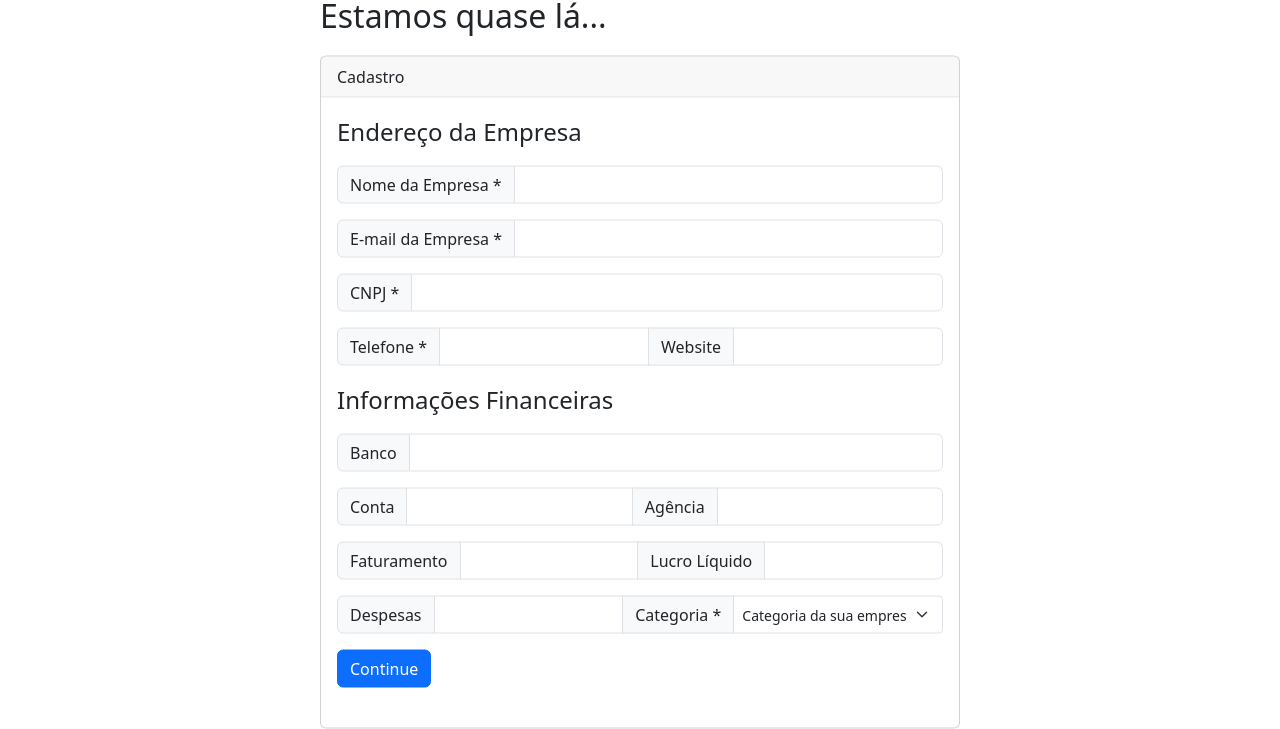
Repository: vandrecx/utilitaries
Page: http://localhost/login_archive/endereco.php
An editor plug-in stored every save of this project. The page is shown before and after the next save, followed by the edit.
The browser window is 1280 px wide. The pictures show the whole page.
The page is run by PHP 8.4 with error messages shown; the project is at /var/www/html/.

Above is the page before, as saved 2024-05-04 14:15:46.

### login_archive/endereco.php
<?php

require_once 'Conn.php';
include 'funcoes.php';

?>

<!DOCTYPE html>
<html lang="en">
<head>
    <meta charset="UTF-8">
    <meta name="viewport" content="width=device-width, initial-scale=1.0">
    <link href="https://cdn.jsdelivr.net/npm/bootstrap@5.3.3/dist/css/bootstrap.min.css" rel="stylesheet" integrity="sha384-QWTKZyjpPEjISv5WaRU9OFeRpok6YctnYmDr5pNlyT2bRjXh0JMhjY6hW+ALEwIH" crossorigin="anonymous">
    <title>Página de Cadastro</title>
</head>
<body>
    <div style="width: 50%; justify-content: center; position: absolute; top: 50%; left: 50%; transform: translate(-50%, -50%);">
        <p class="fs-2">Estamos quase lá...</p>
        <div class="card">
            <div class="card-header">
                Cadastro
            </div>
            <div class="card-body">
                <p class="fs-4">Endereço da Empresa</p>
                <form method="POST" action="EnderecoSignUp.php">
                    <div class="input-group mb-3">
                        <span class="input-group-text" id="inputGroup-sizing-default">Nome da Empresa *</span>
                        <input type="text" name="nome-empresa" class="form-control" aria-label="Sizing example input" aria-describedby="inputGroup-sizing-default" required>
                    </div>
                    <div class="input-group mb-3">
                        <span class="input-group-text" id="inputGroup-sizing-default">E-mail da Empresa *</span>
                        <input type="text" name="email-empresa" class="form-control" aria-label="Sizing example input" aria-describedby="inputGroup-sizing-default" required>
                    </div>
                    <div class="input-group mb-3">
                        <span class="input-group-text" id="inputGroup-sizing-default">CNPJ *</span>
                        <input type="text" name="cnpj" class="form-control" aria-label="Sizing example input" aria-describedby="inputGroup-sizing-default" required>
                    </div>
                    <div class="input-group mb-3">
                        <span class="input-group-text" id="inputGroup-sizing-default">Telefone *</span>
                        <input type="text" name="telefone-empresa" class="form-control" aria-label="Sizing example input" aria-describedby="inputGroup-sizing-default" required>
                        <span class="input-group-text" id="inputGroup-sizing-default">Website</span>
                        <input type="text" name="website-empresa" class="form-control" aria-label="Sizing example input" aria-describedby="inputGroup-sizing-default">
                    </div>
                    <p class="fs-4">Informações Financeiras</p>
                    <div class="input-group mb-3">
                        <span class="input-group-text" id="inputGroup-sizing-default">Banco</span>
                        <input type="text" name="banco-empresa" class="form-control" aria-label="Sizing example input" aria-describedby="inputGroup-sizing-default">
                    </div>
                    <div class="input-group mb-3">
                        <span class="input-group-text" id="inputGroup-sizing-default">Conta</span>
                        <input type="text" name="conta-empresa" class="form-control" aria-label="Sizing example input" aria-describedby="inputGroup-sizing-default">
                        <span class="input-group-text" id="inputGroup-sizing-default">Agência</span>
                        <input type="text" name="agencia-empresa" class="form-control" aria-label="Sizing example input" aria-describedby="inputGroup-sizing-default">
                    </div>
                    <div class="input-group mb-3">
                        <span class="input-group-text" id="inputGroup-sizing-default">Faturamento</span>
                        <input type="text" name="faturamento-empresa" class="form-control" aria-label="Sizing example input" aria-describedby="inputGroup-sizing-default">
                        <span class="input-group-text" id="inputGroup-sizing-default">Lucro Líquido</span>
                        <input type="text" name="lucro-empresa" class="form-control" aria-label="Sizing example input" aria-describedby="inputGroup-sizing-default">
                    </div>
                    <div class="input-group mb-3">
                        <span class="input-group-text" id="inputGroup-sizing-default">Despesas</span>
                        <input type="text" name="despesas-empresa" class="form-control" aria-label="Sizing example input" aria-describedby="inputGroup-sizing-default">
                        <span class="input-group-text" id="inputGroup-sizing-default">Categoria *</span>
                        <select class="form-select form-select-sm" name="select-empresa" aria-label="Large select example" required>
                            <option selected>Categoria da sua empresa</option>
                            <option value="ps">Prestação de Serviços</option>
                            <option value="industria">Indústria</option>
                            <option value="vendas">Vendas</option>
                        </select>
                    </div>
                    <button type="submit" class="btn btn-primary" name="submit">Continue</button>
                </form>
                <br>

                <?php if(isset($_GET['validation']) && $_GET['validation'] == '0'){ ?>
                    <br>
                    <div class="alert alert-danger" role="alert">
                        Número de telefone com quantidade de caracteres inválido.
                    </div>
                <?php } ?>

            </div>
        </div>
    </div>

</body>
</html>

### login_archive/Conn.php
<?php

//PDO (PHP DATA OBJECTS)

$pdo = new PDO("mysql:host=localhost; dbname=sistema; charset=UTF8", "root", ""); // REALIZA CONEXÃO COM PDO
$pdo->setAttribute(PDO::ATTR_ERRMODE, PDO::ERRMODE_EXCEPTION); // EXCEPTIONS

?>

### login_archive/funcoes.php
<?php

require_once 'Conn.php';

// FUNÇÃO RESPONSÁVEL POR SANITIZAR OS DADOS PASSADOS POR POST
function sanitizeData($input_name, $type){
    switch ($type){

        case 'text':
            return filter_input(INPUT_POST, $input_name, FILTER_SANITIZE_SPECIAL_CHARS);
            break;

        case 'email':
            $email = filter_input(INPUT_POST, $input_name, FILTER_SANITIZE_EMAIL);
            //VALIDAR EMAIL AQUI NO MEIO
            return $email;
            break;

        case 'url':
            return filter_input(INPUT_POST, $input_name, FILTER_SANITIZE_URL);
            break;

        case 'int':
            return filter_input(INPUT_POST, $input_name, FILTER_SANITIZE_NUMBER_INT);
            break;

        case 'float':
            return filter_input(INPUT_POST, $input_name, FILTER_SANITIZE_NUMBER_FLOAT);
            break;

        default:
            return $input_name;
    }
}

// GERA SENHA ALEATÓRIA DE 6 CARACTERES
function generatePassword(){
    $chars = 'abcdefghijklmnopqrstuvwxyzABCDEFGHIJKLMNOPQRSTUVWXYZ0123456789!@#$%^&*()-_=+';
    return substr(str_shuffle($chars), 0, 5) . substr(str_shuffle('ABCDEFGHIJKLMNOPQRSTUVWXYZ!@#$%^&*()-_=+'), 0, 1);
}

// ATUALIZA SENHA (usada em ForgotPassword.php)
function updatePass($newpass, $email, $pdo){

    try{

        $update = $pdo->prepare("UPDATE entidade SET s_password_entidade = :new_pass WHERE s_enterpriseemail_entidade = :s_enterpriseemail_entidade");
        $update->bindParam(':new_pass', $newpass);
        $update->bindParam(':s_enterpriseemail_entidade', $email);
        $update->execute();

    } catch(PDOException $err) {

        echo 'Erro na atualização: ' . $err;

    }

}

//ESCONDE EMAIL DE RECUPERAÇÃO PASSADO POR SESSION
function hideEmail(){

    session_start();

    $email = $_SESSION['pass_repair'];
    $encript_email = substr($email, 0, 5);
    $result_email = $encript_email . str_repeat("*", strlen($email) - 5);

    session_destroy();

    return $result_email;
}

//FORMATA NÚMERO E RETORNA FORMATADO
function formataNumero($numero){

    $padrao = '/^\(\d{2}\) \d{5}-\d{4}$/';
    sanitizeData($numero, 'text');

    if(preg_match($padrao, $numero)){

        return $numero;

    }else{
        $numero = preg_replace('/\D/', '', $numero);
        if(strlen($numero)!=11){
            header("Location: cadastro.php?validation=0"); // ERRO DE NUMERO INVALIDO
            exit();
        }else{
            $numero_formatado = '(' . substr($numero, 0, 2) . ') ' . substr($numero, 2, 5) . '-' . substr($numero, 7);
            return $numero_formatado;
        }
    }
}


// FORMATAR TELEFONE FIXO
function formataTelefoneFixo($numero){

    $padrao = '/^\(\d{2}\) [2-9]\d{3}-\d{4}$/';
    $numero_sanitizado = sanitizeData($numero, 'text');

    if(preg_match($padrao, $numero_sanitizado)){
        return $numero_sanitizado;
    }else{
        $numero_sanitizado = preg_replace('/\D/', '', $numero_sanitizado);

        if(strlen($numero_sanitizado)!=10){
            header("Location: cadastro.php?validation=0"); // ERRO DE NUMERO INVALIDO
            exit();
        }else{
            $numero_formatado = '(' . substr($numero_sanitizado, 0, 2) . ') ' . substr($numero_sanitizado, 2, 4) . '-' . substr($numero_sanitizado, 6);
            return $numero_formatado;
        }
    }
}

// FORMATAR NUMERO FLOAT
function formataFloat($post_name){
    $padrao = '/^\d+(\.\d+)?$/';

    $valor = htmlspecialchars($post_name);

    if (preg_match($padrao, $valor)) {
        return $valor;
    } else {
        $valor_formatado = number_format($valor, 2, '.');

        return $valor_formatado;
    }


}

function formataCNPJ($cnpj){

    if (!preg_match('/^\d{2}\.\d{3}\.\d{3}\/\d{4}-\d{2}$/', $cnpj)) {
        $cnpj = filter_var($cnpj, FILTER_SANITIZE_SPECIAL_CHARS);

        $cnpj = preg_replace('/\D/', '', $cnpj);

        $cnpj_formatado = substr($cnpj, 0, 2) . '.' . substr($cnpj, 2, 3) . '.' . substr($cnpj, 5, 3) . '/' . substr($cnpj, 8, 4) . '-' . substr($cnpj, 12);

        return $cnpj_formatado;
    } else {
        return $cnpj;
    }
}

// VALIDA CNPJ, VOU TIRAR POR ENQUANTO PRA TESTE
function validaCNPJ($cnpj){

    sanitizeData($cnpj, 'text');

    $url = "https://publica.cnpj.ws/cnpj/$cnpj";
    $curl = curl_init($url);
    curl_setopt($curl, CURLOPT_URL, $url);
    curl_setopt($curl, CURLOPT_RETURNTRANSFER, true);

    curl_setopt($curl, CURLOPT_SSL_VERIFYHOST, false);
    curl_setopt($curl, CURLOPT_SSL_VERIFYPEER, false);

    $resp = curl_exec($curl);
    curl_close($curl);

    if(json_decode($resp, true)){
        return $cnpj;
    }else{
        header("Location: cadastro.php?validation=1"); // CNPJ INVALIDO
        exit();
    }
}

?>

After the next save:
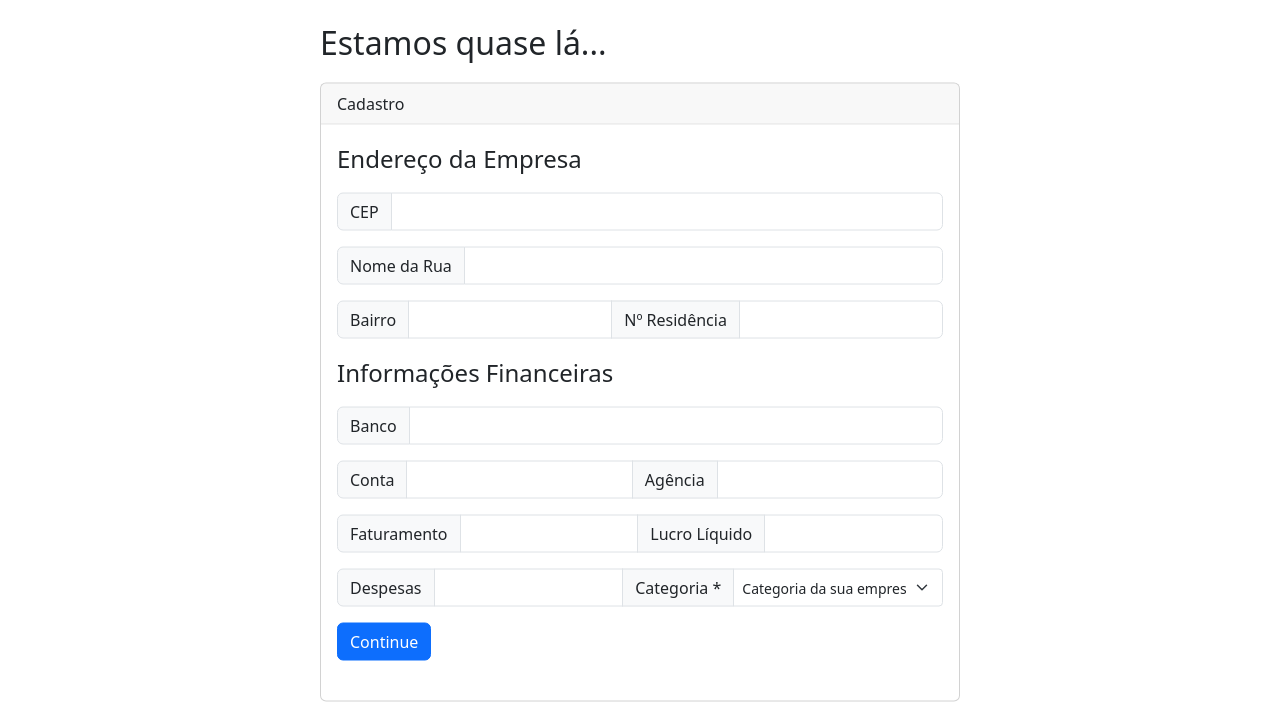
Saved 3 min 38 s later.
--- a/login_archive/endereco.php
+++ b/login_archive/endereco.php
@@ -24,21 +24,17 @@ include 'funcoes.php';
                 <p class="fs-4">Endereço da Empresa</p>
                 <form method="POST" action="EnderecoSignUp.php">
                     <div class="input-group mb-3">
-                        <span class="input-group-text" id="inputGroup-sizing-default">Nome da Empresa *</span>
+                        <span class="input-group-text" id="inputGroup-sizing-default">CEP</span>
                         <input type="text" name="nome-empresa" class="form-control" aria-label="Sizing example input" aria-describedby="inputGroup-sizing-default" required>
                     </div>
                     <div class="input-group mb-3">
-                        <span class="input-group-text" id="inputGroup-sizing-default">E-mail da Empresa *</span>
+                        <span class="input-group-text" id="inputGroup-sizing-default">Nome da Rua</span>
                         <input type="text" name="email-empresa" class="form-control" aria-label="Sizing example input" aria-describedby="inputGroup-sizing-default" required>
                     </div>
                     <div class="input-group mb-3">
-                        <span class="input-group-text" id="inputGroup-sizing-default">CNPJ *</span>
-                        <input type="text" name="cnpj" class="form-control" aria-label="Sizing example input" aria-describedby="inputGroup-sizing-default" required>
-                    </div>
-                    <div class="input-group mb-3">
-                        <span class="input-group-text" id="inputGroup-sizing-default">Telefone *</span>
+                        <span class="input-group-text" id="inputGroup-sizing-default">Bairro</span>
                         <input type="text" name="telefone-empresa" class="form-control" aria-label="Sizing example input" aria-describedby="inputGroup-sizing-default" required>
-                        <span class="input-group-text" id="inputGroup-sizing-default">Website</span>
+                        <span class="input-group-text" id="inputGroup-sizing-default">Nº Residência</span>
                         <input type="text" name="website-empresa" class="form-control" aria-label="Sizing example input" aria-describedby="inputGroup-sizing-default">
                     </div>
                     <p class="fs-4">Informações Financeiras</p>
